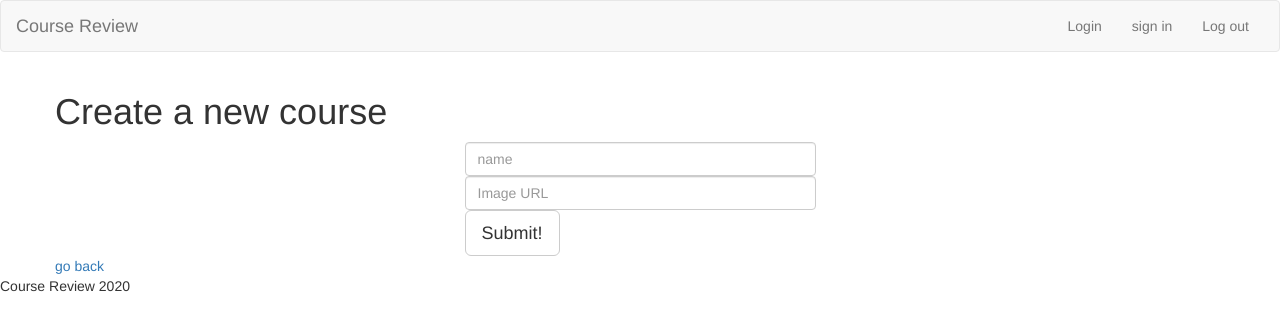
Repository: codewangg/CourseReview
Page: http://localhost/courses/new
The author's editor kept a copy of each file at every save. The page is drawn from the files as they stood at one save, then again after the next save.
The browser window is 1280 px wide. The pictures show the whole page.
The page is served by the project's Node server (app.js).

Above is the page before, as saved 2020-08-15 18:45:59.

After the next save:
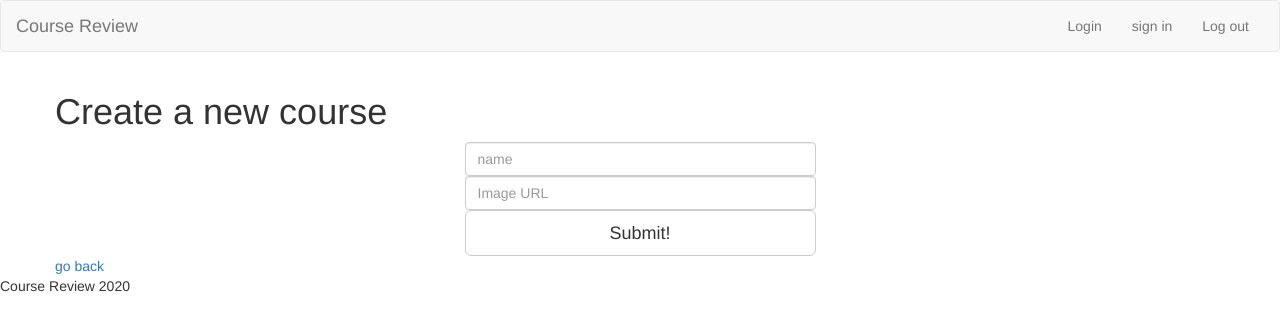
Saved 23 s later.
--- a/views/new.ejs
+++ b/views/new.ejs
@@ -7,7 +7,7 @@
             <form action="/courses" method="POST">
                 <input class="form-control" type="text" name="name" placeholder="name">
                 <input class="form-control" type="text" name="image" placeholder="Image URL">
-                <button class="btn btn-lg btn-default">Submit!</button>
+                <button class="btn btn-lg btn-default btn-block">Submit!</button>
             </form>
         </div>
 
